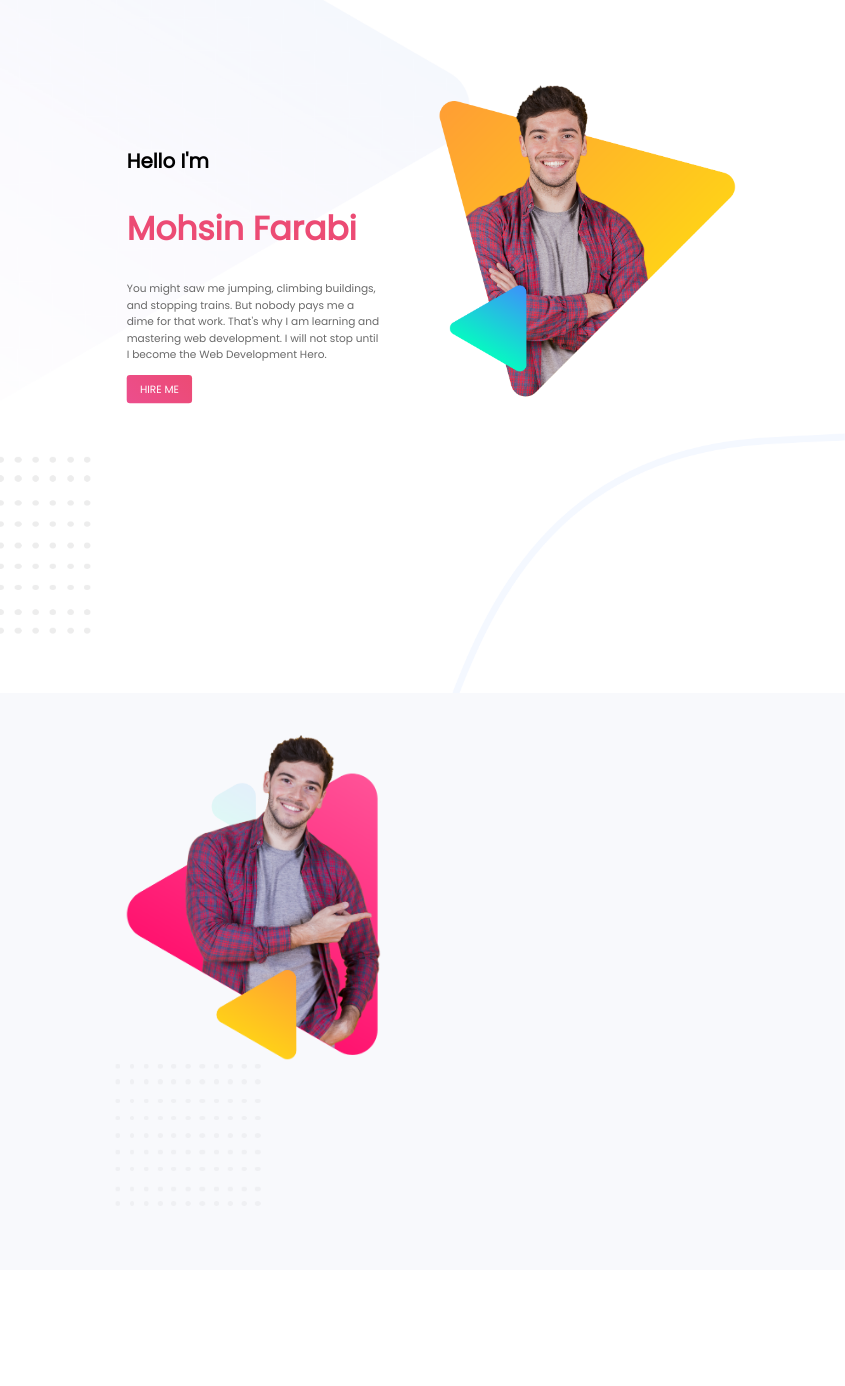
Repository: mohsinfarabi/personal-website
Page: index.html
An editor plug-in stored every save of this project. The page is shown before and after the next save, followed by the edit.
The browser window is 1280 px wide. The pictures show the whole page, at 66% of full size.

Above is the page before, as saved 2020-07-01 15:52:58.

### index.html
<!DOCTYPE html>
<html lang="en">

<head>
    <meta charset="UTF-8">
    <meta name="viewport" content="width=device-width, initial-scale=1.0">
    <link href="https://fonts.googleapis.com/css2?family=Poppins" rel="stylesheet">
    <link rel="stylesheet" href="style.css">
    <title>Farabi - Web Developer</title>
</head>

<body>
    <section class="header-banner">
        <div class="half-width half-width-content">
            <h3>Hello I'm</h3>
            <h2>Mohsin Farabi</h2>
            <p>You might saw me jumping, climbing buildings, and stopping trains. But nobody pays me a dime for that work. That's why I am learning and mastering web development. I will not stop until I become the Web Development Hero.</p>
            <a class="link-button" target="_blank" href="https://www.linkedin.com/in/mohsin-farabi-68655040/">HIRE ME</a>
        </div>

        <div class="img-width">
            <img src="images/peter.png" alt="">
        </div>
    </section>
    <section class="biography">
        <div class="half-width">
            <img src="images/peter_dream.png" alt="">
        </div>
        <div class="half-width">

        </div>
    </section>



</body>

</html>

### style.css
body {
    margin: 0;
    font-family: 'Poppins', sans-serif;
    width: 100%;
    height: 100%;
}

h2 {
    font-size: 50px;
    color: #ec4b74;
}

h3 {
    font-size: 30px;
}

p {
    color: dimgray;
    margin-bottom: 7%;
}

.half-width {
    width: 30%;
    float: left;
    margin-left: 10%;
    padding: 5%;
}

.half-width-content {
    padding-top: 15%;
    margin-left: 10%;
}

.half-width img {
    width: 100%;
    height: 100%;
}

.img-width {
    width: 35%;
    float: left;
    margin-left: 2%;
    margin-top: 10%;
    padding-left: 0;
}

.img-width img {
    width: 100%;
    height: 100%;
}

section {
    height: 900px;
    padding-bottom: 150px;
}

.link-button {
    text-decoration: none;
    background-image: linear-gradient(45deg, #ec4e8d, #ec4b74);
    padding: 10px 20px;
    border-radius: 5px;
    color: white;
    font-weight: 400;
}

.header-banner {
    background-image: url("images/header-bg.png");
    background-repeat: no-repeat;
}

.biography {
    background-image: url("images/biography-bg.png");
    background-repeat: no-repeat;
}

.latest-work {
    background-image: url("images/latest-work-bg.png");
    background-repeat: no-repeat;
}

After the next save:
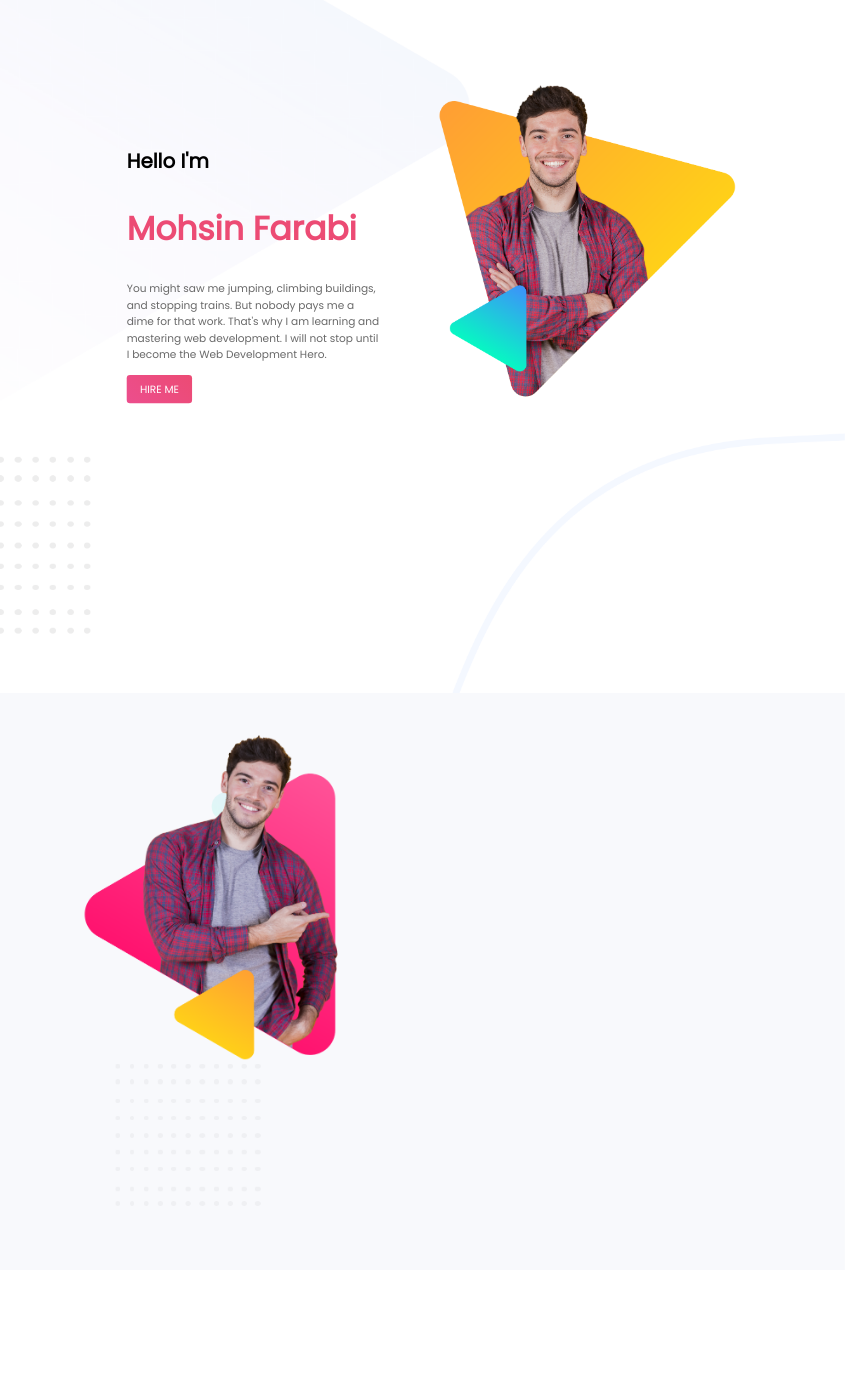
Saved 10 s later.
--- a/style.css
+++ b/style.css
@@ -22,7 +22,7 @@ p {
 .half-width {
     width: 30%;
     float: left;
-    margin-left: 10%;
+    margin-left: 5%;
     padding: 5%;
 }
 
